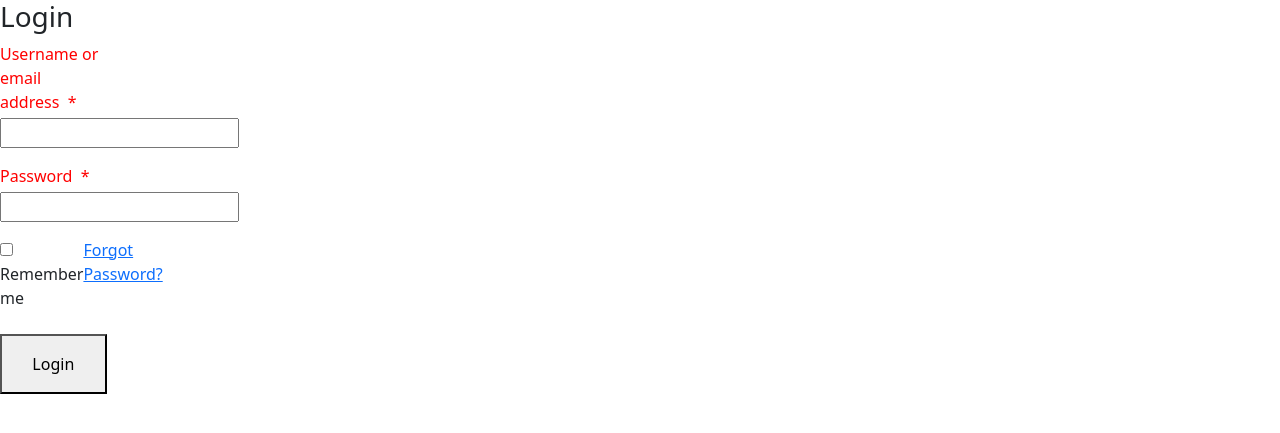
Repository: NguyenDo13/BE2-NhomH
Page: module-20,21/index.html
An editor plug-in stored every save of this project. The page is shown before and after the next save, followed by the edit.
The browser window is 1280 px wide. The pictures show the whole page.

Above is the page before, as saved 2022-05-21 07:28:09.

After the next save:
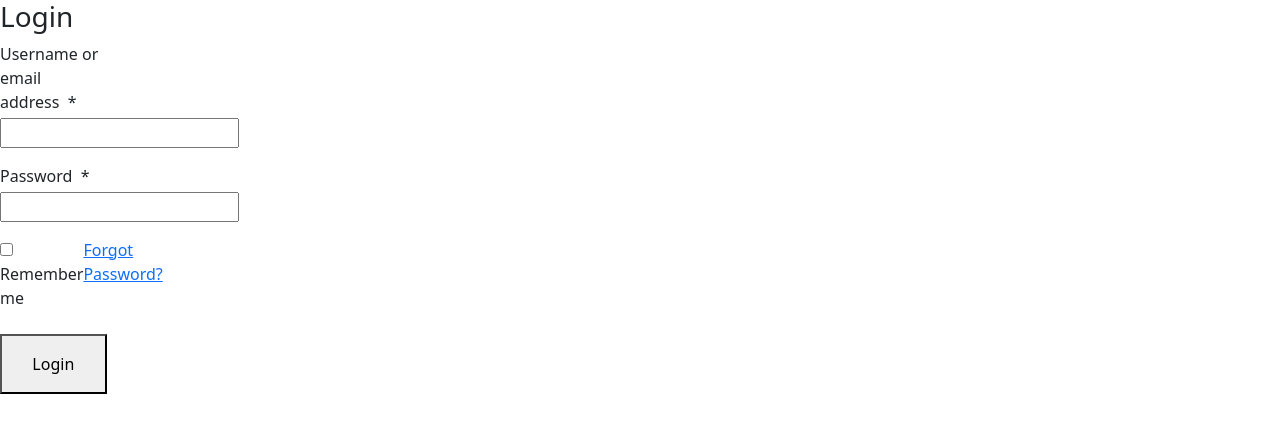
Saved 6 s later.
--- a/module-20,21/index/public/css/style.css
+++ b/module-20,21/index/public/css/style.css
@@ -1,6 +1,4 @@
-.titleinput-login {
-    color: red;
-}
+.titleinput-login {}
 
 body {
     color: #777777;
